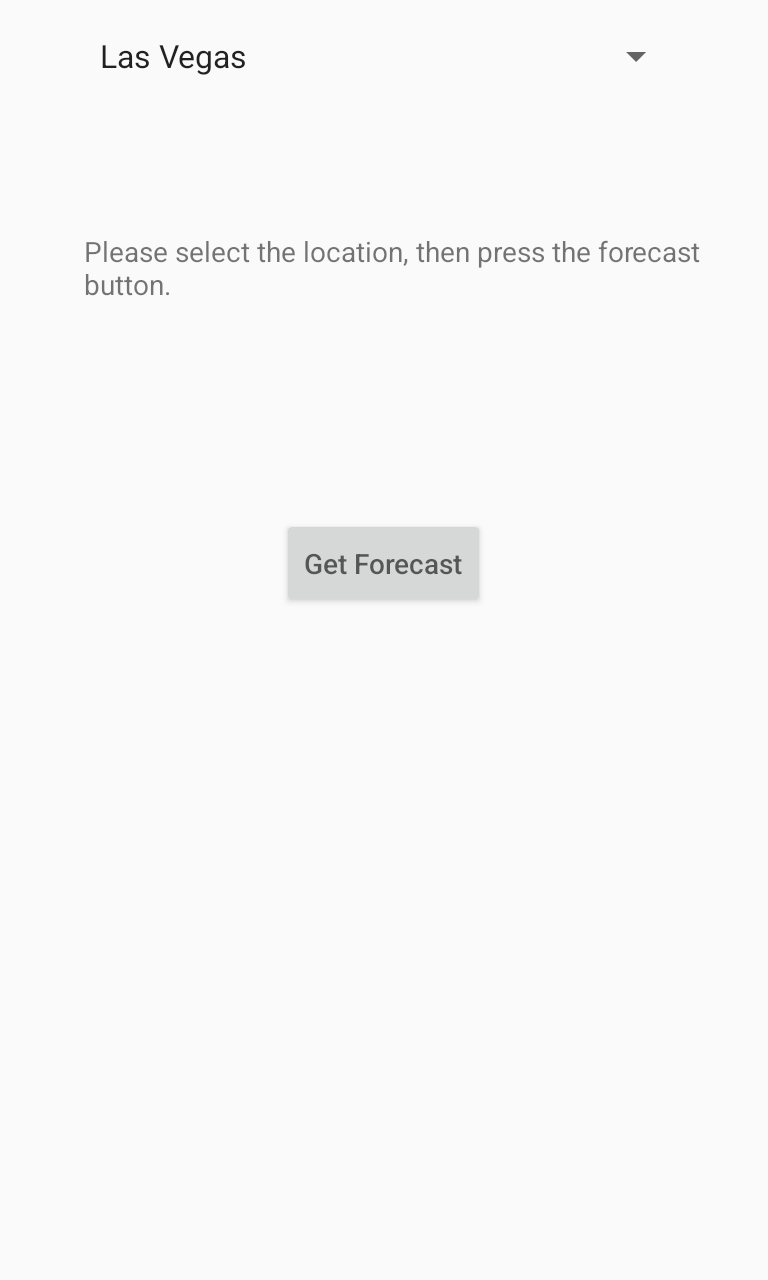
Repository: g80349/Java1
Layout: Week2/Weather/res/layout/activity_main.xml
The author's editor kept a copy of each file at every save. The layout is drawn from the files as they stood at one save, then again after the next save.
It is drawn on a 768 x 1280 px phone screen (xhdpi) without system bars, with theme AppTheme; the app's code is not run.

Above is the layout before, as saved 2014-04-10 02:16:28.

### Week2/Weather/res/layout/activity_main.xml
<RelativeLayout xmlns:android="http://schemas.android.com/apk/res/android"
    xmlns:tools="http://schemas.android.com/tools"
    android:layout_width="match_parent"
    android:layout_height="match_parent"
    android:paddingBottom="@dimen/activity_vertical_margin"
    android:paddingLeft="@dimen/activity_horizontal_margin"
    android:paddingRight="@dimen/activity_horizontal_margin"
    android:paddingTop="@dimen/activity_vertical_margin"
    tools:context="com.example.weather.MainActivity$PlaceholderFragment" >

    <Spinner
        android:id="@+id/location"
        android:layout_width="300dp"
        android:layout_height="wrap_content"
        android:layout_alignParentTop="true"
        android:layout_centerHorizontal="true"
        android:entries = "@array/location_array" />

    <Button
        android:id="@+id/enter"
        android:layout_width="wrap_content"
        android:layout_height="wrap_content"
        android:layout_below="@+id/forecast"
        android:layout_centerHorizontal="true"
        android:layout_marginTop="106dp"
        android:hint="@string/enter_button"
        android:onClick="onClick" />

    <TextView
        android:id="@+id/forecast"
        android:layout_width="wrap_content"
        android:layout_height="wrap_content"
        android:layout_alignLeft="@+id/location"
        android:layout_below="@+id/location"
        android:layout_marginTop="76dp"
        android:text="@string/forecast_text" />

</RelativeLayout>

### Week2/Weather/res/values/strings.xml
<?xml version="1.0" encoding="utf-8"?>
<resources>

    <string name="app_name">Weather</string>
    <string name="forecast_text">Please select the location, then press the forecast button.</string>
    <string name="action_settings">Settings</string>
    <string-array name = "location_array">
        <item>Las Vegas</item>
        <item>Henderson</item>
        <item>North Las Vegas</item>
        <item>Stateline</item>
    </string-array>
    <string name="enter_button">Get Forecast</string>

</resources>

Loaded but not shown: Week2/Weather/res/values/styles.xml (common file); Week2/Weather/res/values-v11/styles.xml (common file); Week2/Weather/res/values-v14/styles.xml (common file); Week2/Weather/res/values/dimens.xml (common file); Week2/Weather/res/values-w820dp/dimens.xml (common file)

After the next save:
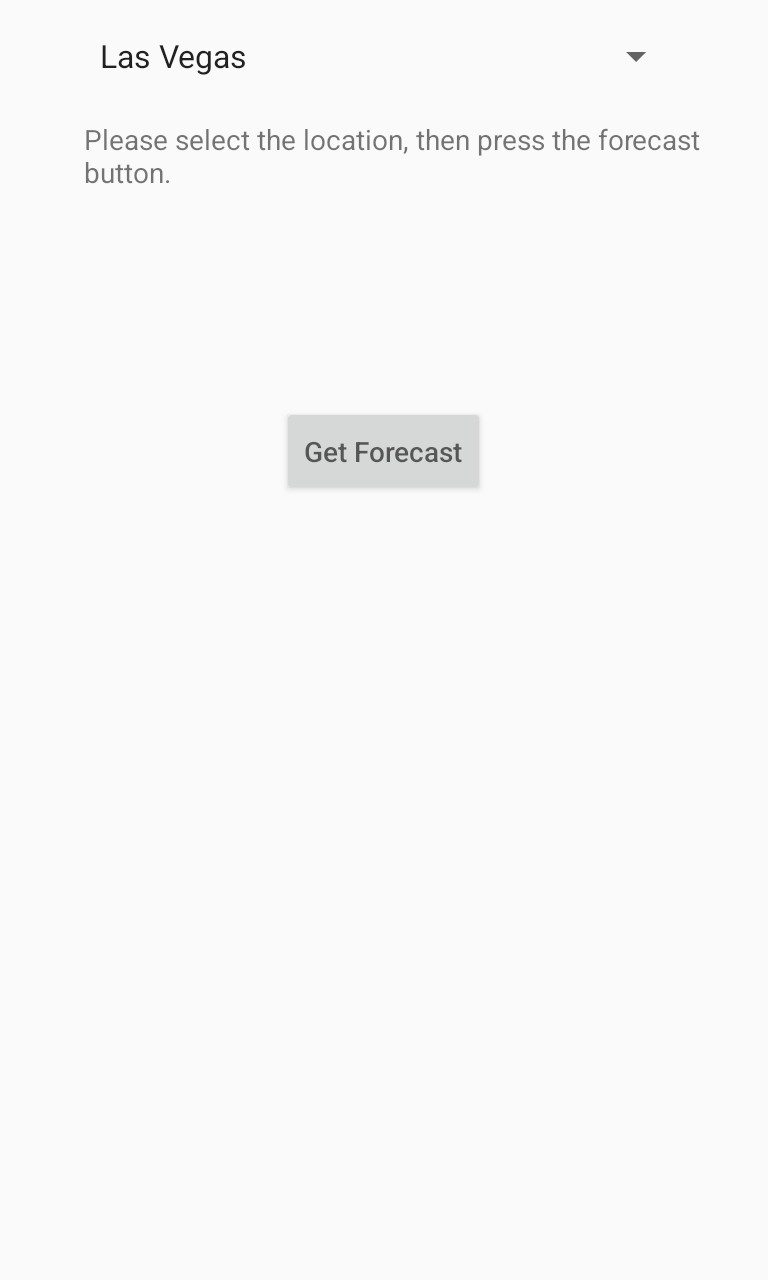
Saved 18 s later.
--- a/Week2/Weather/res/layout/activity_main.xml
+++ b/Week2/Weather/res/layout/activity_main.xml
@@ -32,7 +32,7 @@
         android:layout_height="wrap_content"
         android:layout_alignLeft="@+id/location"
         android:layout_below="@+id/location"
-        android:layout_marginTop="76dp"
+        android:layout_marginTop="20dp"
         android:text="@string/forecast_text" />
 
 </RelativeLayout>
